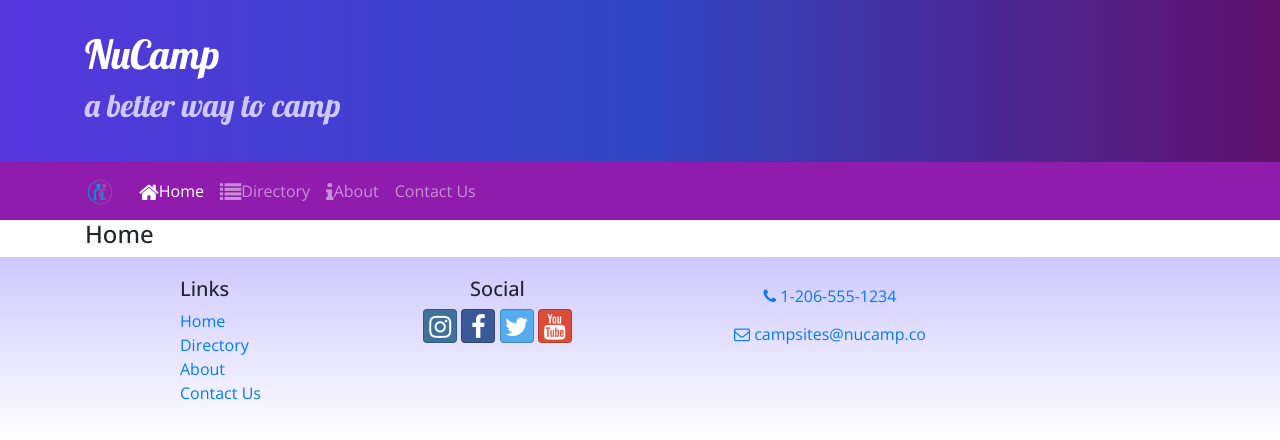
Repository: madisonisfan/nucamp-react
Page: /home
The author's editor kept a copy of each file at every save. The page is drawn from the files as they stood at one save, then again after the next save.
The browser window is 1280 px wide. The pictures show the whole page.
The project was rebuilt for these pictures with package versions that can differ from the ones it lists, and the page was loaded fresh each time. Also part of the build but not shown: src/components/ContactComponent.js, src/components/CampsiteInfoComponent.js. Imported but missing from the stored project, and not drawn on this page: src/components/DirectoryComponent.

Above is the page before, as saved 2021-04-12 16:23:08.

### src/index.js
import React from "react";
import ReactDOM from "react-dom";
import "./index.css";
import reportWebVitals from "./reportWebVitals";
import "bootstrap/dist/css/bootstrap.min.css";
import "typeface-lobster";
import "typeface-open-sans";
import "font-awesome/css/font-awesome.css";
import "bootstrap-social/bootstrap-social.css";
import App from "./App";

ReactDOM.render(
  <React.StrictMode>
    <App />
  </React.StrictMode>,
  document.getElementById("root")
);

// If you want to start measuring performance in your app, pass a function
// to log results (for example: reportWebVitals(console.log))
// or send to an analytics endpoint. Learn more: https://bit.ly/CRA-vitals
reportWebVitals();

### src/App.js
import React, { Component } from "react";
import "./App.css";
import Main from "./components/MainComponent";
import { BrowserRouter } from "react-router-dom";

class App extends Component {
  render() {
    return (
      <BrowserRouter>
        <div className="App">
          <Main />
        </div>
      </BrowserRouter>
    );
  }
}

export default App;

### src/App.css
body {
  font-family: "Open Sans", sans-serif;
}

h1,
h2,
h3,
.card-body > .card-title {
  font-family: "Lobster", cursive;
}

.card-title {
  font-weight: 500;
  font-size: 1.25rem;
}

h2 {
  color: #3046c5;
}

.card-img-overlay .card-title {
  color: white;
  background-color: rgba(0, 0, 0, 0.5);
}

.row-content {
  padding: 50px 0;
  border-bottom: 1px ridge;
  min-height: 200px;
}

.site-footer {
  background-image: linear-gradient(#cec8ff, white);
  padding: 20px 0;
}

.jumbotron {
  margin: 0;
  padding: 30px;
  background-image: linear-gradient(to right, #5637dd, #3046c5, #60106b);
  color: white;
}

.jumbotron h2 {
  color: #cec8ff;
}

.navbar-dark {
  background-color: #901cad;
}

### src/components/MainComponent.js
import React, { Component } from "react";
import Directory from "./DirectoryComponent";
import { CAMPSITES } from "../shared/campsites";
import { COMMENTS } from "../shared/comments";
import { PARTNERS } from "../shared/partners";
import { PROMOTIONS } from "../shared/promotions";
import Header from "./HeaderComponent";
import Footer from "./FooterComponent";
import Home from "./HomeComponent";
import { Switch, Route, Redirect } from "react-router-dom";
import Contact from "./ContactComponent";
import CampsiteInfo from "./CampsiteInfoComponent";

class Main extends Component {
  constructor(props) {
    super(props);
    this.state = {
      campsites: CAMPSITES,
      comments: COMMENTS,
      partners: PARTNERS,
      promotions: PROMOTIONS,
    };
  }

  render() {
    const HomePage = () => {
      return (
        <Home
          campsite={
            this.state.campsites.filter((campsite) => campsite.featured)[0]
          }
          promotion={
            this.state.promotions.filter((promotion) => promotion.featured)[0]
          }
          partners={
            this.state.partners.filter((partner) => partner.featured)[0]
          }
        />
      );
    };

    return (
      <div>
        <Header />
        <Switch>
          <Route path="/home" component={HomePage} />
          <Route
            exact
            path="/directory"
            render={() => <Directory campsites={this.state.campsites} />}
          />
          <Route path="/contactus" component={Contact} />
          <Redirect to="/home" />
        </Switch>
        <Footer />
      </div>
    );
  }
}

export default Main;

### src/shared/campsites.js
export const CAMPSITES = [
    {
        id: 0,
        name: "React Lake Campground",
        image: "/assets/images/react-lake.jpg",
        elevation: 1233,
        featured: false,
        description: "Nestled in the foothills of the Chrome Mountains, this campground on the shores of the pristine React Lake is a favorite for fly fishers."
    },
    {
        id: 1,
        name:"Chrome River Campground ",
        image: "/assets/images/chrome-river.jpg",
        elevation: 877,
        featured: false,
        description: "Spend a few sunny days and starry nights beneath a canopy of old-growth firs at this enchanting spot by the Chrome River."
    },
    {
        id: 2,
        name:"Breadcrumb Trail Campground",
        image: "/assets/images/breadcrumb-trail.jpg",
        elevation: 2901,
        featured: false,
        description: "Let NuCamp be your guide to this off-the-beaten-path, hike-in-only campground."
    },
    {
        id: 3,
        name:"Redux Woods Campground",
        image: "/assets/images/redux-woods.jpg",
        elevation: 42,
        featured: true,
        description: "You'll never want to leave this hidden gem, deep within the lush Redux Woods."
    }
];

### src/shared/comments.js
export const COMMENTS =
[
    {
        id: 0,
        campsiteId: 0,
        rating: 5,
        text: "What a magnificent view!",
        author: "Tinus Lorvaldes",
        date: "2018-10-25T16:30Z"
    },
    {
        id: 1,
        campsiteId: 0,
        rating: 4,
        text: "The campground was beautiful, but the bugs could bite sometimes.",
        author: "Brennen Ech",
        date: "2017-06-17T03:33Z"
    },
    {
        id: 2,
        campsiteId: 0,
        rating: 5,
        text: "I caught a world-record-breaking trout here on my last visit.",
        author: "McKenzie Sebastian",
        date: "2019-02-18T18:12Z"
    },
    {
        id: 3,
        campsiteId: 0,
        rating: 5,
        text: "A wonderful place to reconnect with nature.",
        author: "Jordan Runn",
        date: "2019-08-04T20:11Z"
    },
    {
        id: 4,
        campsiteId: 0,
        rating: 4,
        text: "The stars at night were a revelation!",
        author: "Ann Dabramov",
        date: "2018-07-23T19:44Z"
    },
    {
        id: 5,
        campsiteId: 1,
        rating: 4,
        text: "The campground was beautiful, but the bugs could bite sometimes.",
        author: "Brennen Ech",
        date: "2017-06-17T03:33Z"
    },
    {
        id: 6,
        campsiteId: 1,
        rating: 5,
        text: "I caught a world-record-breaking trout here on my last visit.",
        author: "McKenzie Sebastian",
        date: "2019-02-18T18:12Z"
    },
    {
        id: 7,
        campsiteId: 1,
        rating: 5,
        text: "A wonderful place to reconnect with nature.",
        author: "Jordan Runn",
        date: "2019-08-04T20:11Z"
    },
    {
        id: 8,
        campsiteId: 1,
        rating: 4,
        text: "The stars at night were a revelation!",
        author: "Ann Dabramov",
        date: "2018-07-23T19:44Z"
    },
    {
        id: 9,
        campsiteId: 1,
        rating: 5,
        text: "What a magnificent view!",
        author: "Tinus Lorvaldes",
        date: "2018-10-25T16:30Z"
    },
    {
        id: 10,
        campsiteId: 2,
        rating: 5,
        text: "I caught a world-record-breaking trout here on my last visit.",
        author: "McKenzie Sebastian",
        date: "2019-02-18T18:12Z"
    },
    {
        id: 11,
        campsiteId: 2,
        rating: 5,
        text: "A wonderful place to reconnect with nature.",
        author: "Jordan Runn",
        date: "2019-08-04T20:11Z"
    },
    {
        id: 12,
        campsiteId: 2,
        rating: 4,
        text: "The stars at night were a revelation!",
        author: "Ann Dabramov",
        date: "2018-07-23T19:44Z"
    },
    {
        id: 13,
        campsiteId: 2,
        rating: 5,
        text: "What a magnificent view!",
        author: "Tinus Lorvaldes",
        date: "2018-10-25T16:30Z"
    },
    {
        id: 14,
        campsiteId: 2,
        rating: 4,
        text: "The campground was beautiful, but the bugs could bite sometimes.",
        author: "Brennen Ech",
        date: "2017-06-17T03:33Z"
    },
    {
        id: 15,
        campsiteId: 3,
        rating: 5,
        text: "A wonderful place to reconnect with nature.",
        author: "Jordan Runn",
        date: "2019-08-04T20:11Z"
    },
    {
        id: 16,
        campsiteId: 3,
        rating: 4,
        text: "The stars at night were a revelation!",
        author: "Ann Dabramov",
        date: "2018-07-23T19:44Z"
    },
    {
        id: 17,
        campsiteId: 3,
        rating: 5,
        text: "What a magnificent view!",
        author: "Tinus Lorvaldes",
        date: "2018-10-25T16:30Z"
    },
    {
        id: 18,
        campsiteId: 3,
        rating: 4,
        text: "The campground was beautiful, but the bugs could bite sometimes.",
        author: "Brennen Ech",
        date: "2017-06-17T03:33Z"
    },
    {
        id: 19,
        campsiteId: 3,
        rating: 5,
        text: "I caught a world-record-breaking trout here on my last visit.",
        author: "McKenzie Sebastian",
        date: "2019-02-18T18:12Z"
    }
]

### src/shared/partners.js
export const PARTNERS = [
    {
        id: 0,
        name: "Bootstrap Outfitters",
        image: "/assets/images/bootstrap-logo.png",
        featured: false,
        description: "Bootstrap Outfitters supplies you with the gear you need at prices you can't beat."
    },
    {
        id: 1,
        name: "Git Out Expeditions",
        image: "/assets/images/git-logo.png",
        featured: false,
        description: "Join Git Out Expeditions to explore new horizons with a group of other adventurers!"
    },
    {
        id: 2,
        name: "Mongo Fly Shop",
        image: "/assets/images/mongo-logo.png",
        featured: false,
        description: "Need a new fishing pole, a tacklebox, or flies of all kinds? Stop by Mongo Fly Shop."
    },
    {
        id: 3,
        name: "Node Outdoor Apparel",
        image: "/assets/images/node-logo.png",
        featured: true,
        description: "From polar fleeces to swimsuits, hiking boots to waders, a visit to Node will be sure to get you covered."
    }
]

### src/components/HeaderComponent.js
import React, { Component } from "react";
import {
  Nav,
  Navbar,
  NavbarBrand,
  NavbarToggler,
  Collapse,
  NavItem,
  Jumbotron,
} from "reactstrap";
import { NavLink } from "react-router-dom";

class Header extends Component {
  constructor(props) {
    super(props);
    this.toggleNav = this.toggleNav.bind(this);
    this.state = {
      isNavOpen: false,
    };
  }

  toggleNav() {
    this.setState({
      isNavOpen: !this.state.isNavOpen,
    });
  }

  render() {
    return (
      <React.Fragment>
        <Jumbotron fluid>
          <div className="container">
            <div className="row">
              <div className="col">
                <h1>NuCamp</h1>
                <h2>a better way to camp</h2>
              </div>
            </div>
          </div>
        </Jumbotron>
        <Navbar dark sticky="top" expand="md">
          <div className="container">
            <NavbarBrand class="mr-auto" href="/">
              <img
                src="/assets/images/logo.png"
                height="30"
                width="30"
                alt="NuCamp Logo"
              />
            </NavbarBrand>
            <NavbarToggler isClick={this.toggleNav} />
            <Collapse isOpen={this.state.isNavOpen} navbar>
              <Nav navbar>
                <NavItem>
                  <NavLink className="nav-link" to="/home">
                    <i className="fa fa-home fa-lg" />
                    Home
                  </NavLink>
                </NavItem>
                <NavItem>
                  <NavLink className="nav-link" to="/directory">
                    <i className="fa fa-list fa-lg" />
                    Directory
                  </NavLink>
                </NavItem>
                <NavItem>
                  <NavLink className="nav-link" to="/aboutus">
                    <i className="fa fa-info fa-lg" />
                    About
                  </NavLink>
                </NavItem>
                <NavItem>
                  <NavLink className="nav-link" to="/contactus">
                    <i className="fa fa-address=card fa-lg" />
                    Contact Us
                  </NavLink>
                </NavItem>
              </Nav>
            </Collapse>
          </div>
        </Navbar>
      </React.Fragment>
    );
  }
}

export default Header;

### src/components/FooterComponent.js
import React from "react";
import { Link } from "react-router-dom";

function Footer(props) {
  return (
    <footer className="site-footer">
      <div className="container">
        <div className="row">
          <div className="col-4 col-sm-2 offset-1">
            <h5>Links</h5>
            <ul className="list-unstyled">
              <li>
                <Link to="/home">Home</Link>
              </li>
              <li>
                <Link to="/directory">Directory</Link>
              </li>
              <li>
                <Link to="/aboutus">About</Link>
              </li>
              <li>
                <Link to="/contactus">Contact Us</Link>
              </li>
            </ul>
          </div>
          <div className="col-6 col-sm-3 text-center">
            <h5>Social</h5>
            <a
              className="btn btn-social-icon btn-instagram"
              href="http://instagram.com/"
            >
              <i className="fa fa-instagram" />
            </a>{" "}
            <a
              className="btn btn-social-icon btn-facebook"
              href="http://www.facebook.com/"
            >
              <i className="fa fa-facebook" />
            </a>{" "}
            <a
              className="btn btn-social-icon btn-twitter"
              href="http://twitter.com/"
            >
              <i className="fa fa-twitter" />
            </a>{" "}
            <a
              className="btn btn-social-icon btn-google"
              href="http://youtube.com/"
            >
              <i className="fa fa-youtube" />
            </a>
          </div>
          <div className="col-sm-4 text-center">
            <a role="button" className="btn btn-link" href="tel:+12065551234">
              <i className="fa fa-phone" /> 1-206-555-1234
            </a>
            <br />
            <a
              role="button"
              className="btn btn-link"
              href="mailto:notreal@notreal.co"
            >
              <i className="fa fa-envelope-o" /> campsites@nucamp.co
            </a>
          </div>
        </div>
      </div>
    </footer>
  );
}

export default Footer;

### src/components/HomeComponent.js
import React from "react";
import { Card, CardImg, CardText, CardBody, CardTitle } from "reactstrap";

function RenderCard([item]) {
  return (
    <Card>
      <CardImg src={item.image} alt={item.name} />
      <CardBody>
        <CardTitle>{item.name}</CardTitle>
        <CardText>{item.description}</CardText>
      </CardBody>
    </Card>
  );
}

function Home(props) {
  return (
    <div className="container">
      <h4>Home</h4>
    </div>
  );
}

export default Home;

Loaded but not shown: public/index.html (common file); src/index.css (common file); src/reportWebVitals.js (common file); src/shared/promotions.js (common file)

After the next save:
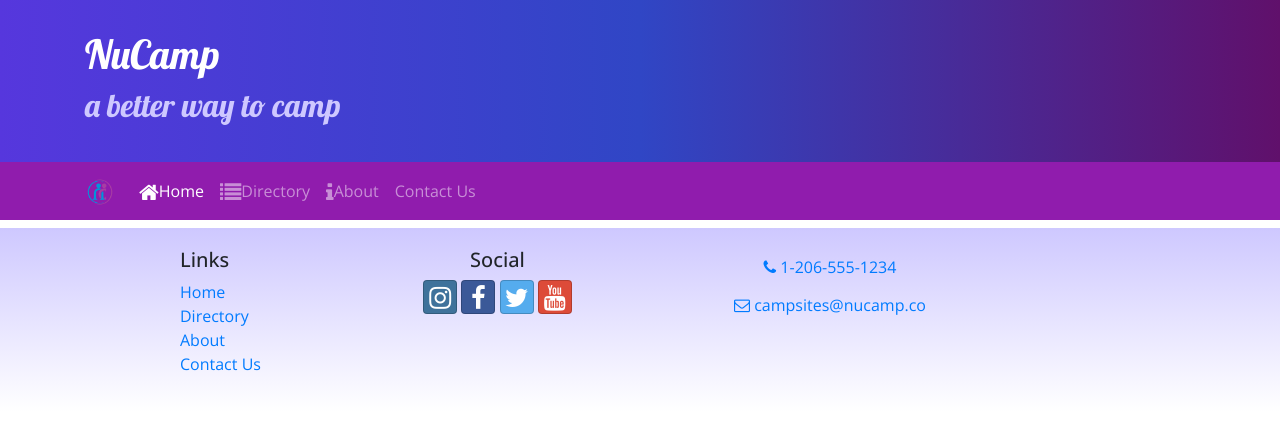
Saved 36 s later.
--- a/src/components/HomeComponent.js
+++ b/src/components/HomeComponent.js
@@ -16,7 +16,9 @@ function RenderCard([item]) {
 function Home(props) {
   return (
     <div className="container">
-      <h4>Home</h4>
+      <div className="row">
+        <div className="col-md m-1"></div>
+      </div>
     </div>
   );
 }
